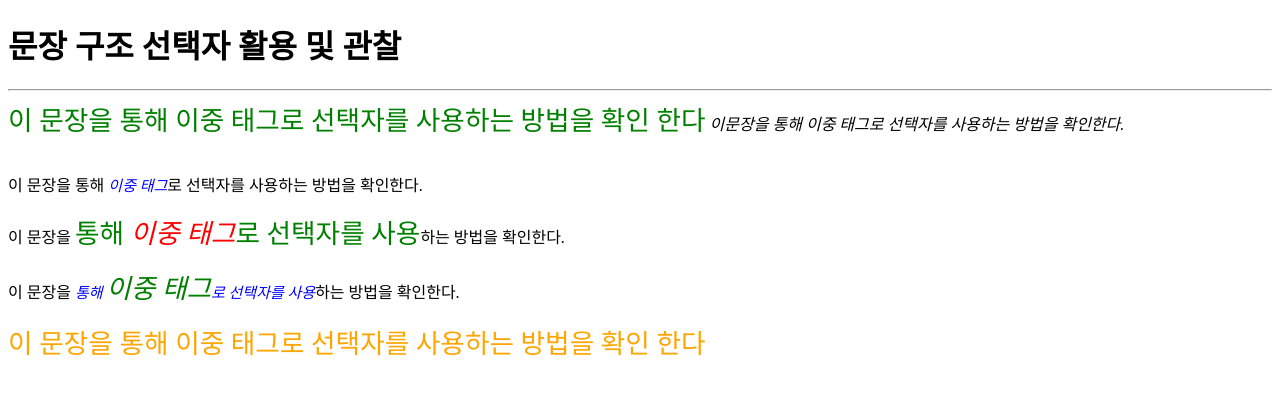
Repository: lolsoyeon/WebStudy
Page: WebApp02/WebContent/Test005.html
An editor plug-in stored every save of this project. The page is shown before and after the next save, followed by the edit.
The browser window is 1280 px wide. The pictures show the whole page.

Above is the page before, as saved 2022-09-28 02:20:38.

After the next save:
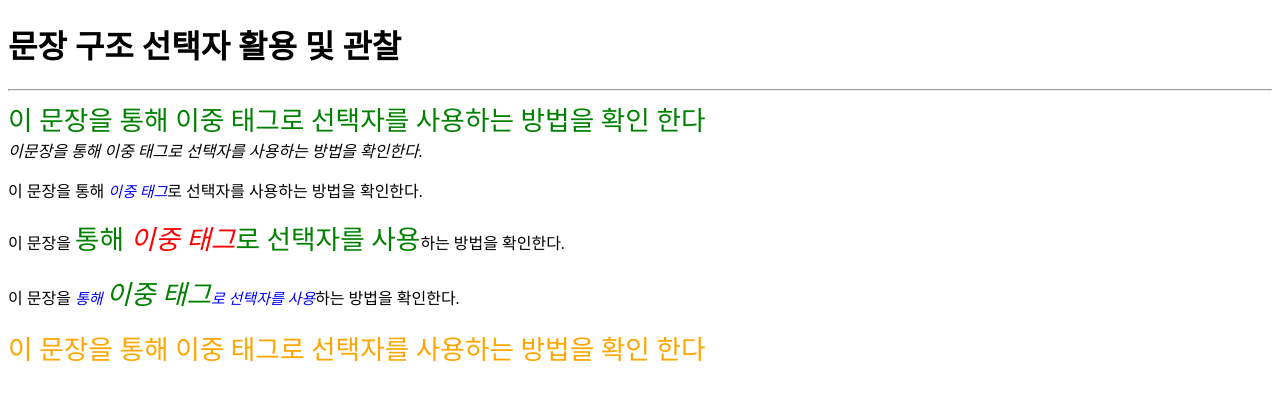
Saved 17 s later.
--- a/WebApp02/WebContent/Test005.html
+++ b/WebApp02/WebContent/Test005.html
@@ -31,9 +31,9 @@
 	<hr>
 </div>
 
-<span>이 문장을 통해 이중 태그로 선택자를 사용하는 방법을 확인 한다</span>
+<span>이 문장을 통해 이중 태그로 선택자를 사용하는 방법을 확인 한다</span><br>
 
-<i>이문장을 통해 이중 태그로 선택자를 사용하는 방법을 확인한다.</i><br><br>
+<i>이문장을 통해 이중 태그로 선택자를 사용하는 방법을 확인한다.</i><br>
 
 <p>이 문장을 통해 <i>이중 태그</i>로 선택자를 사용하는 방법을 확인한다.</p>
 
